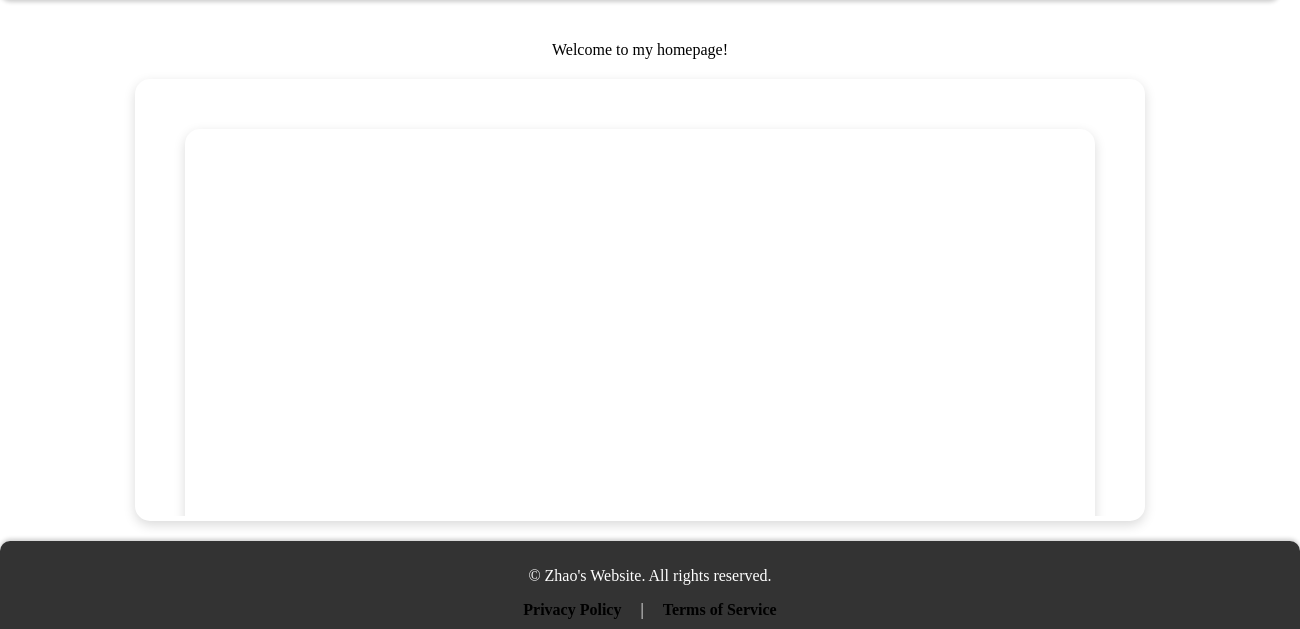
Repository: Iamnotsnowwhite/my-resume
Page: /
An editor plug-in stored every save of this project. The page is shown before and after the next save, followed by the edit.
The browser window is 1280 px wide. The page is 1300 px wide, so the pictures cover 1300 px, including what lies to the right of the window. The pictures show the part of the page from y = 256 to 885 px (the page is 885 px tall).
The project was rebuilt for these pictures with package versions that can differ from the ones it lists, and the page was loaded fresh each time. Also part of the build but not shown: src/components/About.tsx, src/pages/AboutPage.tsx, src/components/Contact.tsx, src/chatbox.css, src/pages/ContactPage.tsx, src/components/chatbox.tsx.

Above is the page before, as saved 2024-08-12 12:51:03.

### public/index.html
<!DOCTYPE html>
<html lang="en">
  <head>
    <meta charset="utf-8" />
    <link rel="icon" href="%PUBLIC_URL%/favicon.ico" />
    <meta name="viewport" content="width=device-width, initial-scale=1" />
    <meta name="theme-color" content="#000000" />
    <meta
      name="description"
      content="Web site created using create-react-app"
    />
    <link rel="apple-touch-icon" href="%PUBLIC_URL%/logo192.png" />
    <link rel="manifest" href="%PUBLIC_URL%/manifest.json" />
    <title>React App</title>
  </head>
  <body>
    <noscript>You need to enable JavaScript to run this app.</noscript>
    <div id="root"></div>
    <!--
      This HTML file is a template.
      If you open it directly in the browser, you will see an empty page.
      You can add webfonts, meta tags, or analytics to this file.
      The build step will place the bundled scripts into the <body> tag.
    -->
  </body>
</html>

### src/index.tsx
import React from 'react';
import ReactDOM from 'react-dom/client';
import './index.css';
import App from './App';

const rootElement = document.getElementById('root');

if (rootElement) {
  const root = ReactDOM.createRoot(rootElement);
  root.render(
    <React.StrictMode>
      <App />
    </React.StrictMode>
  );
}

### src/index.css
body {
  font-family: Arial, sans-serif;
  margin: 0;
  padding: 0;
  background-color: transparent; /* 设置背景透明 */
}

header {
  background-color: rgba(51, 51, 51, 0.8); /* 半透明背景 */
  color: #fff;
  padding: 1em 0;
  text-align: center;
  position: relative;
  z-index: 1; /* 确保内容在视频背景之上 */
}

header nav ul {
  list-style: none;
  padding: 0;
}

header nav ul li {
  display: inline;
  margin: 0 1em;
}

header nav ul li a {
  color: #fff;
  text-decoration: none;
}

section {
  padding: 2em;
  margin: 2em 0;
  position: relative;
  z-index: 1; /* 确保内容在视频背景之上 */
}

footer {
  text-align: center;
  padding: 1em 0;
  background-color: rgba(51, 51, 51, 0.8); /* 半透明背景 */
  color: #fff;
  position: relative;
  z-index: 1; /* 确保内容在视频背景之上 */
}

### src/App.tsx
import React from 'react';
import '/Users/guoguo/Desktop/my-resume/src/App.css'
import { BrowserRouter as Router, Route, Routes } from 'react-router-dom';
import HomePage from '/Users/guoguo/Desktop/my-resume/src/pages/HomePage';
import AboutPage from '/Users/guoguo/Desktop/my-resume/src/pages/AboutPage';
import ContactPage from '/Users/guoguo/Desktop/my-resume/src/pages/ContactPage';
import Header from '/Users/guoguo/Desktop/my-resume/src/components/Header';
import Footer from '/Users/guoguo/Desktop/my-resume/src/components/Footer';
import LanguageSwitcher from '/Users/guoguo/Desktop/my-resume/src/components/LanguageSwitcher';
import'/Users/guoguo/Desktop/my-resume/src/i18n';
import ChatBox from './components/chatbox';


const App: React.FC = () => {
  return (
    <Router>
      <Header />
      <LanguageSwitcher />
      <Routes>
        <Route path="/" element={<HomePage />} />
        <Route path="/about" element={<AboutPage />} />
        <Route path="/contact" element={<ContactPage />} />
        <Route path="/chatbox" element={<ChatBox />} />
      </Routes>
      <Footer />
    </Router>
  );
};

export default App;

### src/App.css
body {
  font-family: 'Times New Roman', Times, serif; /* 经典的衬线字体 */
  margin: 0;
  padding: 0;
  box-sizing: border-box;
  background-color: transparent; /* 背景透明以显示视频 */
  color: #000000; /* 深灰色字体 */
  text-align: center;
  z-index: 1;
  position: relative; /* 确保内容层级正常 */
}

header {
  background-color: rgba(102, 102, 102, 0.8); /* 半透明灰色背景 */
  padding: 20px;
  color: #000000; /* 深灰色字体 */
  text-align: center;
  box-shadow: 0 2px 4px rgba(0, 0, 0, 0.2);
  border-radius: 0 0 10px 10px;
  z-index: 3;
  position: relative; /* 确保header内容在视频之上 */
}

nav a {
  color: #000000; /* 深灰色字体 */
  margin: 0 15px;
  text-decoration: none;
  font-weight: bold;
}

nav a:hover {
  text-decoration: underline;
}

footer {
  background-color: rgba(0, 0, 0, 0.8); /* 半透明黑色背景 */
  padding: 10px;
  color: #ffffff;
  text-align: center;
  position: relative;
  bottom: 0;
  width: 100%;
  box-shadow: 0 -2px 4px rgba(0, 0, 0, 0.2);
  border-radius: 10px 10px 0 0;
  z-index: 3;
}

h1, h2 {
  color: #000000; /* 深灰色字体 */
  font-family: 'Georgia', serif; /* 高级的衬线字体 */
}

ul {
  list-style-type: none; /* 无项目符号 */
  padding-left: 0;
  color: #333333; /* 深灰色字体 */
}

li {
  margin: 10px 0;
}

button {
  background-color: #333333; /* 深灰色背景 */
  color: #ffffff; /* 白色字体 */
  border: none;
  padding: 10px 20px;
  cursor: pointer;
  border-radius: 5px;
  font-size: 16px;
  transition: background-color 0.3s ease;
  z-index: 3;
  position: relative;
}

button:hover {
  background-color: #555555; /* 更浅的灰色 */
}

.container {
  max-width: 800px;
  margin: 20px auto;
  padding: 20px;
  background-color: rgba(255, 255, 255, 0.9); /* 半透明白色背景 */
  color: #333333; /* 深灰色字体 */
  box-shadow: 0 4px 8px rgba(0, 0, 0, 0.1);
  border-radius: 10px;
  text-align: left; /* 内容居左 */
  z-index: 2;
  position: relative;
}

a {
  color: #8e8e8e; /* 深灰色字体 */
  text-decoration: none;
}

a:hover {
  text-decoration: underline;
}

input, textarea {
  width: 100%;
  padding: 10px;
  margin: 10px 0;
  border: 2px solid #333333; /* 深灰色边框 */
  border-radius: 5px;
  box-sizing: border-box;
  background-color: #f5f5f5; /* 浅灰色背景 */
  color: #333333; /* 深灰色字体 */
}

input[type="submit"] {
  background-color: #333333; /* 深灰色背景 */
  border: none;
  color: #ffffff; /* 白色字体 */
  cursor: pointer;
  padding: 10px 20px;
  border-radius: 5px;
}

input[type="submit"]:hover {
  background-color: #555555; /* 更浅的灰色 */
}

.content {
  position: relative;
  z-index: 2;
  color: white; /* 根据你的设计需求调整 */
}

### src/pages/HomePage.tsx
import React from 'react';
import '/Users/guoguo/Desktop/my-resume/src/homepage.css'; // 确保你有这个CSS文件来处理样式
import BackgroundVideo from '/Users/guoguo/Desktop/my-resume/src/components/backgroundvideo';

const HomePage: React.FC = () => {
  return (
    <div className="homepage-container">
      <p>Welcome to my homepage!</p>
      <div className="video-container">
        <BackgroundVideo />
      </div>
    </div>
  );
};

export default HomePage;

### src/components/Header.tsx
import React from 'react';
import {Link} from 'react-router-dom';
import {useTranslation } from 'react-i18next';
import '/Users/guoguo/Desktop/my-resume/src/Header.css';

const Header: React.FC = () => {
  const { t } = useTranslation();
  return (
    <header className="header">
      <div className="header-container">
      {/* <img src={} alt="Logo" /> */}
      <h2>{t("Welcome to my website!")}</h2>
      <h1>{t("Zhaoguo Wei")}</h1>
      <nav>
        <ul>
        <Link to="/">Home</Link> | <Link to="/about">About</Link> | <Link to="/contact">Contact</Link> | <Link to="/chatbox">ChatBox</Link>
        </ul>
      </nav>
      </div>
    </header>
  );
};

export default Header;

### src/components/Footer.tsx
import React from 'react';
import { useTranslation} from 'react-i18next';

const Footer: React.FC = () => {
    const { t } = useTranslation();
  return (
    <footer>
      <p>{t("© Zhao's Website. All rights reserved.")}</p>
      <nav>
        <a href="/privacy">Privacy Policy</a> | <a href="/terms">Terms of Service</a>
      </nav>
    </footer>
  );
}

export default Footer;

### src/components/LanguageSwitcher.tsx
// src/components/LanguageSwitcher.tsx
import React, { useState } from 'react';
import { useTranslation } from 'react-i18next';
import '/Users/guoguo/Desktop/my-resume/src/LanguageSwitcher.css'; // 根据你的项目结构调整路径

const LanguageSwitcher: React.FC = () => {
  const { i18n } = useTranslation();
  const [isOpen, setIsOpen] = useState(false);

  const toggleDropdown = () => {
    setIsOpen(!isOpen);
  };

  const changeLanguage = (lng: string) => {
    i18n.changeLanguage(lng);
    setIsOpen(false); // 关闭下拉列表
  };

  return (
    <div className="language-switcher">
      <button onClick={toggleDropdown}>
        {i18n.language.toUpperCase()} ▼
      </button>
      {isOpen && (
        <ul className="language-list">
          <li onClick={() => changeLanguage('en')}>English</li>
          <li onClick={() => changeLanguage('de')}>Deutsch</li>
          <li onClick={() => changeLanguage('ch')}>中文</li>
        </ul>
      )}
    </div>
  );
};

export default LanguageSwitcher;

### src/i18n.ts
import i18n from 'i18next';
import { initReactI18next } from 'react-i18next';
import LanguageDetector from 'i18next-browser-languagedetector';

// 导入翻译文件
import translationEn from '/Users/guoguo/Desktop/my-resume/src/locales/en/translation.json';
import translationCh from '/Users/guoguo/Desktop/my-resume/src/locales/ch/translation.json';
import translationDe from '/Users/guoguo/Desktop/my-resume/src/locales/de/translation.json';

// 初始化 i18next
i18n
  .use(initReactI18next) // 将 i18n 集成到 React 中
  .use(LanguageDetector) // 使用浏览器语言检测插件
  .init({
    resources: {
      en: {
        translation: translationEn,
      },
      ch: {
        translation: translationCh,
      },
      de: {
        translation: translationDe,
      },
    },
    fallbackLng: 'en', // 当所选语言的翻译不可用时，回退到英语
    interpolation: {
      escapeValue: false, // React 已经自动进行转义
    },
    detection: {
      order: ['querystring', 'cookie', 'localStorage', 'navigator', 'htmlTag', 'path', 'subdomain'],
      caches: ['localStorage', 'cookie'], // 设置语言检测的缓存方式
    },
  });

export default i18n;

### src/homepage.css
.homepage-container {
    position: relative;
    text-align: center;
    padding-top: 25px; /* 添加一点顶部内边距 */
}


.video-container {
    position: relative;
    width: 90%; /* 调整为90%宽度，留出一些边距 */
    max-width: 1000px; /* 设置最大宽度 */
    height: 60vh; /* 固定高度为视窗高度的60% */
    overflow: hidden;
    margin: 20px auto; /* 居中并在上下添加20px的外边距 */
    border-radius: 15px; /* 添加圆角 */
    box-shadow: 0 4px 12px rgba(0, 0, 0, 0.15); /* 添加阴影效果 */
    background-color: white; /* 白色背景，确保白边效果 */
    border: 5px solid #ffffff; /* 白色边框，增强白边效果 */
}

.background-video {
    width: 100%;
    height: 100%;
    object-fit: cover; /* 确保视频充满容器 */
}

.content {
    position: relative;
    z-index: 2;
    padding: 20px;
    background: rgba(169, 169, 169, 0.8); /* 半透明灰色背景 */
    margin-top: 20px; /* 适当增加margin，避免内容过度靠近视频 */
    box-shadow: 0 4px 8px rgba(0, 0, 0, 0.2); /* 添加阴影效果 */
    max-width: 800px;
    margin-left: auto;
    margin-right: auto;
    border-radius: 10px;
    background-color: white; /* 内容的背景色 */
}

/* 适应小屏幕 */
@media (max-width: 768px) {
    .content {
        margin-top: 20px; /* 在小屏幕上适当增加margin，避免过度重叠 */
        padding: 15px;
        box-shadow: none; /* 移除阴影以简化小屏幕布局 */
    }

    .video-container {
        height: 40vh; /* 在小屏幕上减少视频的高度 */
    }
}

### src/components/backgroundvideo.tsx
import React from 'react';
import '/Users/guoguo/Desktop/my-resume/src/homepage.css';
import ReactPlayer from 'react-player';

const BackgroundVideo: React.FC = () => {
    return (
        <div className="homepage-container">
          <div className="video-container">
            <ReactPlayer
              url="https://youtu.be/A53nWs7l6JI?si=Tg8TL9aR7tLnRTJ9D"
              controls={true}
              width="100%"
              height="100%"
            />
          </div>
        </div>
      );
    };
export default BackgroundVideo;

### src/Header.css
/* src/components/Header.css */
.header {
    background-color: #333;
    color: white;
    padding: 20px;
    position: relative; /* 为绝对定位的元素提供参考 */
    display: flex;
    flex-direction: column; /* 使内容垂直排列 */
    justify-content: center; /* 水平居中内容 */
    align-items: center; /* 垂直居中内容 */
    text-align: center; /* 居中文字 */
    height: 30vh; /* 让header占据整个视窗高度，确保内容居中 */
    background-image: url('/Users/guoguo/Desktop/my-resume/src/header_background.jpg'); /* 替换为你的图片路径 */
    background-size: cover; /* 确保图片覆盖整个背景 */
    background-position: center; /* 确保背景图居中显示 */
    background-repeat: no-repeat; /* 防止背景图片重复 */
  }

  .header-container {
    display: flex;
    flex-direction: column;
    align-items: center;
    justify-content: center;
  }

  .header h1,
  .header p {
    margin: 0;
    padding: 10px 0;
  }

  .language-switcher {
    position: absolute;
    top: 20px; /* 调整语言切换按钮的垂直位置 */
    right: 20px; /* 调整语言切换按钮的水平位置 */
    display: flex;
    gap: 10px;
  }

### src/LanguageSwitcher.css
/* src/components/LanguageSwitcher.css */
.language-switcher {
  position: absolute;
  top: 20px;
  right: 20px;
  display: inline-block;
  z-index: 1000; /* 确保语言切换器在其他元素之上 */
}

.language-switcher button {
  background-color: #555;
  color: white;
  padding: 10px 20px;
  cursor: pointer;
  border: none;
  border-radius: 4px;
  font-size: 14px;
  display: flex;
  align-items: center;
  z-index: 1001; /* 确保按钮在其他内容之上 */
}

.language-list {
  position: absolute;
  top: 100%;
  right: 0; /* 将下拉列表与按钮右对齐 */
  background-color: white;
  border: 1px solid #ccc;
  border-radius: 4px;
  padding: 0;
  margin: 5px 0 0;
  list-style: none;
  min-width: 150px; /* 确保下拉列表有足够宽度 */
  box-shadow: 0 8px 16px rgba(0, 0, 0, 0.2);
  z-index: 1002; /* 确保下拉列表在其他元素之上 */
}

.language-list li {
  padding: 10px;
  cursor: pointer;
  background-color: white;
  text-align: center;
}

.language-list li:hover {
  background-color: #f0f0f0;
}

### src/locales/en/translation.json
{
  "header": {
    "Welcome to my website!": "Welcome to my website!",
    "Zhaoguo Wei": "Zhaoguo Wei",
    "nav": {
      "Home": "Home",
      "About": "About",
      "Contact": "Contact"
    }
  },

  "about": {
    "This is ME !": "This is ME !",
    "I am a student in computer science 5. Semester": "I am a student in computer science 5. Semester",
    "lived in Germany for over 7 years": "lived in Germany for over 7 years",
    "speak chinese, german and english": "speak chinese, german and english (fluently or in other word: Sicher in Wort und Schrift)",
    "Education": "Education",
    "Freie Universität Berlin": "Freie Universität Berlin",
    "B.Sc. Computer Science (Informatik) (2022 - now)": "B.Sc. Computer Science (Informatik) (2022 - now)",
    "Friedrich Ebert Gymnasium": "Friedrich Ebert Gymnasium",
    "Graduated in 2022": "Graduated in 2022",
    "Work-experience": "Work-experience",
    "Work student - SynTAGit": "Work student - SynTAGit",
    "(2024.Aug)": "(2024.Aug)",
    "Übersetzerin - Yixue Bildungszentrum": "Übersetzerin - Yixue Bildungszentrum",
    "offering seamless translation in both directions.": "offering seamless translation in both directions.",
    "(2020 - now)": "(2020 - now)",
    "freelance illustrator": "freelance illustrator",
    "Beemybox - Designed Landing page and product packaging": "Beemybox - Designed Landing page and product packaging",
    "Yixue Bildungszentrum - Illustration greeting cards and book illustrations": "Yixue Bildungszentrum - Illustration greeting cards and book illustrations",
    "(2019 - now)": "(2019 - now)",
    "Projects": "Projects",
    "Data Analysis with Python": "Data Analysis with Python",
    "Object-Oriented Programming Project": "Object-Oriented Programming Project",
    "linkText": "Have a look",
    "Skills": "Skills",
    "Programming Languages": "Programming Languages: JavaScript, TypeScript, Python, Java, C/C++, Haskell",
    "Front-End": "Front-End: React, HTML, CSS",
    "Back-End": "Back-End: Node.js, Express, MongoDB",
    "Tools": "Tools: Git",
    "Design": "Design: Flyer production",
    "Illustration/Painting": "Illustration/Painting: More realistic style",
    "Tools/Programs (Computer)": "Tools/Programs (Computer): Adobe Illustrator, Photoshop, InDesign, Blender",
    "Tools/Programs (iPad)": "Tools/Programs (iPad): Procreate, Nomad"

  }
}

### src/locales/ch/translation.json
{
"header": {
    "Welcome to my website!": "欢迎来到我的网站",
    "Zhaoguo Wei": "魏兆果",
    "nav": {
        "Home": "主页",
        "About": "关于我",
        "Contact": "联系我吧！"
    }
},

"about": {
    "This is ME !": "这是我！",
    "I am a student in computer science 5. Semester": "我是一名计算机科学第五学期的大学生",
    "lived in Germany for over 7 years": "已经在德国生活了七年啦",
    "speak chinese, german and english": "能流利地说中文、德语和英语，口语写作都没问题",
    "Education": "学历",
    "Freie Universität Berlin": "柏林自由大学",
    "B.Sc. Computer Science (Informatik) (2022 - now)": "计算机本科 （2022-至今）",
    "Friedrich Ebert Gymnasium": "弗里德里希·艾伯特文理高中",
    "Graduated in 2022": "已经在2022年毕业",
    "Work-experience": "工作经历",
    "Work student - SynTAGit": "学生工 - SynTAGit",
    "(2024.Aug)": "2024年8月",
    "Übersetzerin - Yixue Bildungszentrum": "翻译 - Yixue Bildungszentrum",
    "offering seamless translation in both directions.": "提供无缝的双向翻译。",
    "(2020 - now)": "(2020 - 至今)",
    "freelance illustrator": "自由插画师",
    "Beemybox - Designed Landing page and product packaging": "Beemybox - 网页设计和产品包装设计",
    "Yixue Bildungszentrum - Illustration greeting cards and book illustrations": "Yixue Bildungszentrum - 贺卡和书籍插图设计",
    "(2019 - now)": "(2019 - 至今)",
    "Projects": "项目",
    "Data Analysis with Python": "Python 数据分析",
    "Object-Oriented Programming Project": "面向对象编程项目",
    "linkText": "看看吧",
    "Skills": "技能",
    "Programming Languages": "编程语言：JavaScript, TypeScript, Python, Java, C/C++, Haskell",
    "Front-End": "前端：React, HTML, CSS",
    "Back-End": "后端：Node.js, Express, MongoDB",
    "Tools": "工具：Git",
    "Design": "设计：宣传单制作",
    "Illustration/Painting": "插画/绘画：更现实的风格",
    "Tools/Programs (Computer)": "工具/程序 (计算机)：Adobe Illustrator, Photoshop, InDesign, Blender",
    "Tools/Programs (iPad)": "工具/程序 (iPad)：Procreate, Nomad"
}
}

### src/locales/de/translation.json
{
  "header": {
    "Welcome to my website!": "Willkommen auf meiner Website!",
    "Zhaoguo Wei": "Zhaoguo Wei",
    "nav": {
      "Home": "Startseite",
      "About": "Über mich",
      "Contact": "Kontakt"
    }
  },

  "about": {
    "This is ME !": "Das bin ICH!",
    "I am a student in computer science 5. Semester": "Ich bin Student im 5. Semester Informatik",
    "lived in Germany for over 7 years": "Ich lebe seit über 7 Jahren in Deutschland",
    "speak chinese, german and english": "Ich spreche Chinesisch, Deutsch und Englisch (fließend oder in anderen Worten: Sicher in Wort und Schrift)",
    "Education": "Bildung",
    "Freie Universität Berlin": "Freie Universität Berlin",
    "B.Sc. Computer Science (Informatik) (2022 - now)": "B.Sc. Informatik (2022 - jetzt)",
    "Friedrich Ebert Gymnasium": "Friedrich Ebert Gymnasium",
    "Graduated in 2022": "Abschluss im Jahr 2022",
    "Work-experience": "Berufserfahrung",
    "Work student - SynTAGit": "Werkstudent - SynTAGit",
    "(2024.Aug)": "(2024.Aug)",
    "Übersetzerin - Yixue Bildungszentrum": "Übersetzerin - Yixue Bildungszentrum",
    "offering seamless translation in both directions.": "Biete nahtlose Übersetzungen in beide Richtungen an.",
    "(2020 - now)": "(2020 - jetzt)",
    "freelance illustrator": "Freiberufliche Illustratorin",
    "Beemybox - Designed Landing page and product packaging": "Beemybox - Gestaltung der Landing Page und Produktverpackung",
    "Yixue Bildungszentrum - Illustration greeting cards and book illustrations": "Yixue Bildungszentrum - Gestaltung von Grußkarten und Buchillustrationen",
    "(2019 - now)": "(2019 - jetzt)",
    "Projects": "Projekte",
    "Data Analysis with Python": "Datenanalyse mit Python",
    "Object-Oriented Programming Project": "Objektorientiertes Programmierprojekt",
    "linkText": "Schau mal rein",
    "Skills": "Fähigkeiten",
    "Programming Languages": "Programmiersprachen: JavaScript, TypeScript, Python, Java, C/C++, Haskell",
    "Front-End": "Front-End: React, HTML, CSS",
    "Back-End": "Back-End: Node.js, Express, MongoDB",
    "Tools": "Werkzeuge: Git",
    "Design": "Design: Flyerproduktion",
    "Illustration/Painting": "Illustration/Malerei: Realistischere Stilrichtung",
    "Tools/Programs (Computer)": "Tools/Programme (Computer): Adobe Illustrator, Photoshop, InDesign, Blender",
    "Tools/Programs (iPad)": "Tools/Programme (iPad): Procreate, Nomad"
  }
}

After the next save:
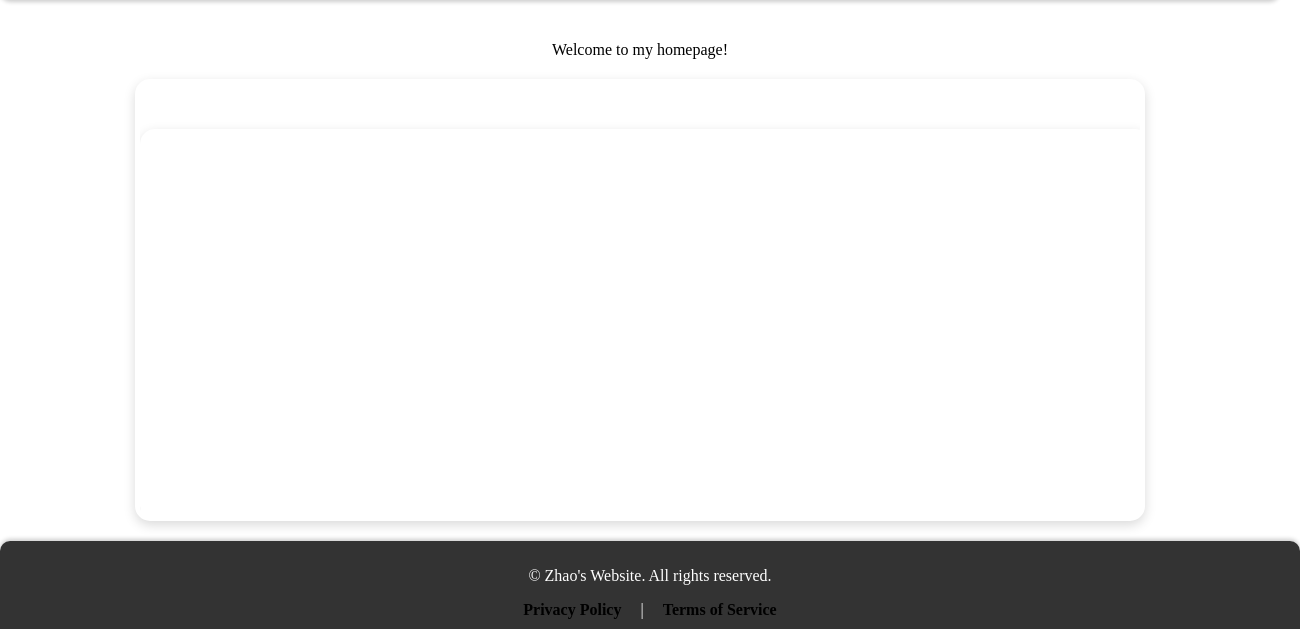
Saved 14 s later.
--- a/src/homepage.css
+++ b/src/homepage.css
@@ -7,7 +7,7 @@
 
 .video-container {
     position: relative;
-    width: 90%; /* 调整为90%宽度，留出一些边距 */
+    width: 100%; /* 调整为90%宽度，留出一些边距 */
     max-width: 1000px; /* 设置最大宽度 */
     height: 60vh; /* 固定高度为视窗高度的60% */
     overflow: hidden;
